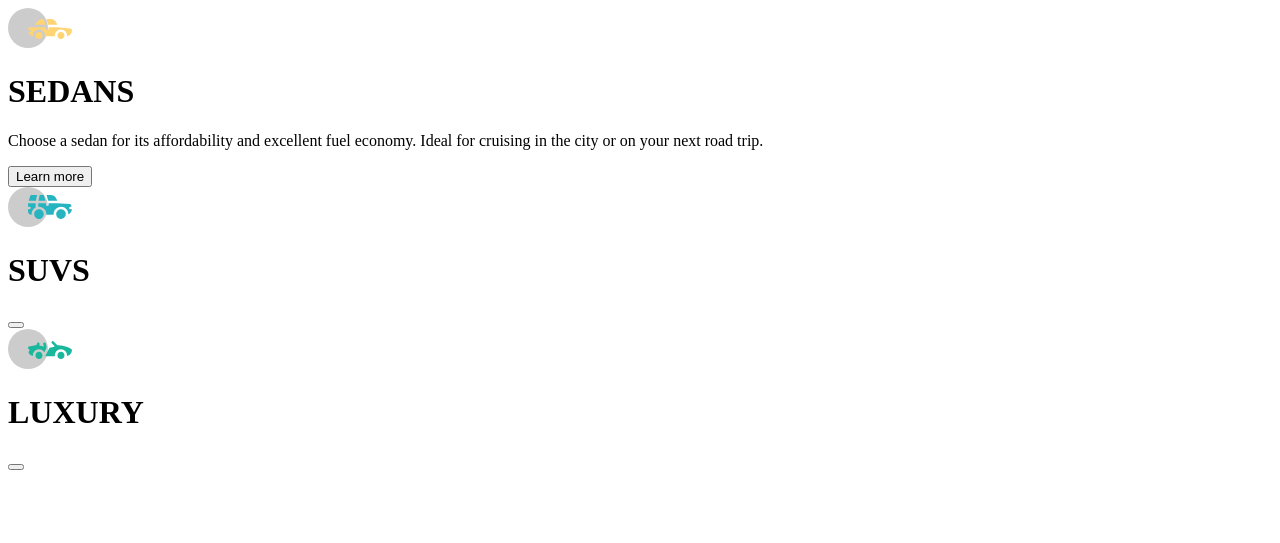
Repository: Pawan-pediredla/frontend-mentors
Page: 3-column-preview-card-component/3-column-preview-card-component-main/markup/index.html
These files come from the project's save history. The page is drawn as it stood at one moment and after a run of saves; the edit follows.
The browser window is 1280 px wide. The pictures show the whole page.

Above is the page before, as saved 2024-06-22 12:47:47.

### 3-column-preview-card-component/3-column-preview-card-component-main/markup/index.html
<!DOCTYPE html>
<html lang="en">
<head>
  <meta charset="UTF-8">
  <meta name="viewport" content="width=device-width, initial-scale=1.0"> <!-- displays site properly based on user's device -->

  <link rel="icon" type="image/png" sizes="32x32" href="./images/favicon-32x32.png">

  <title>Frontend Mentor | 3-column preview card component</title>

<link rel="stylesheet" href="../styling/index.css"/>
</head>
<body>
  <main>
    <div class="box" id="sedans">
      <img src="../images/icon-sedans.svg" alt="sedans-img"/>
      <h1>SEDANS</h1>
      <p>
        Choose a sedan for its affordability and excellent fuel economy. Ideal for cruising in the city
          or on your next road trip.
      </p>
<button class="sedandsb">Learn more</button>
    </div>
    <div class="box" id="suvs">
      <img src="../images/icon-suvs.svg" alt="suvs-img"/>
      <h1>
        SUVS
      </h1>
      <p>

      </p>
      <button class="suvsb">

      </button>
    </div>
    <div class="box" id="luxury">
      <img src="../images/icon-luxury.svg" alt="luxury-img"/>
      <h1>LUXURY</h1>
      <p></p>
      <button class="luxuryb">

      </button>
    </div>
  </main>
</body>
</html>

### 3-column-preview-card-component/3-column-preview-card-component-main/styling/index.css
.attribution { font-size: 11px; text-align: center; }
    .attribution a { color: hsl(228, 45%, 44%); }

After the next 2 saves:
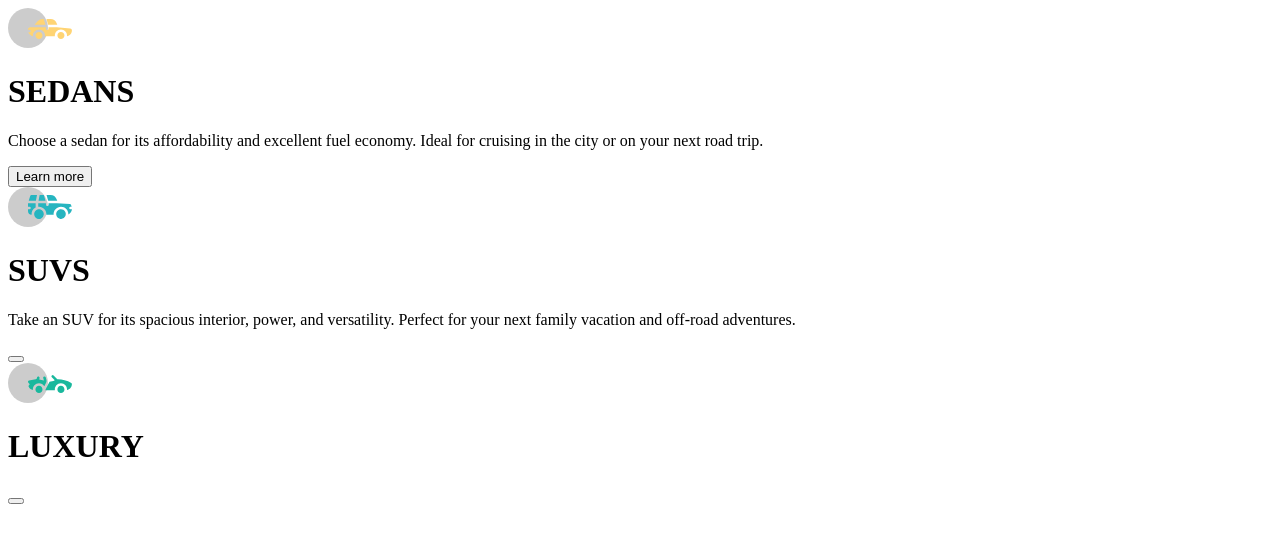
The 2 saves are shown as one change because they came seconds apart.
The last was saved 41 s later.
--- a/3-column-preview-card-component/3-column-preview-card-component-main/markup/index.html
+++ b/3-column-preview-card-component/3-column-preview-card-component-main/markup/index.html
@@ -26,7 +26,8 @@
       <h1>
         SUVS
       </h1>
-      <p>
+      <p>Take an SUV for its spacious interior, power, and versatility. Perfect for your next family vacation
+        and off-road adventures.
 
       </p>
       <button class="suvsb">
